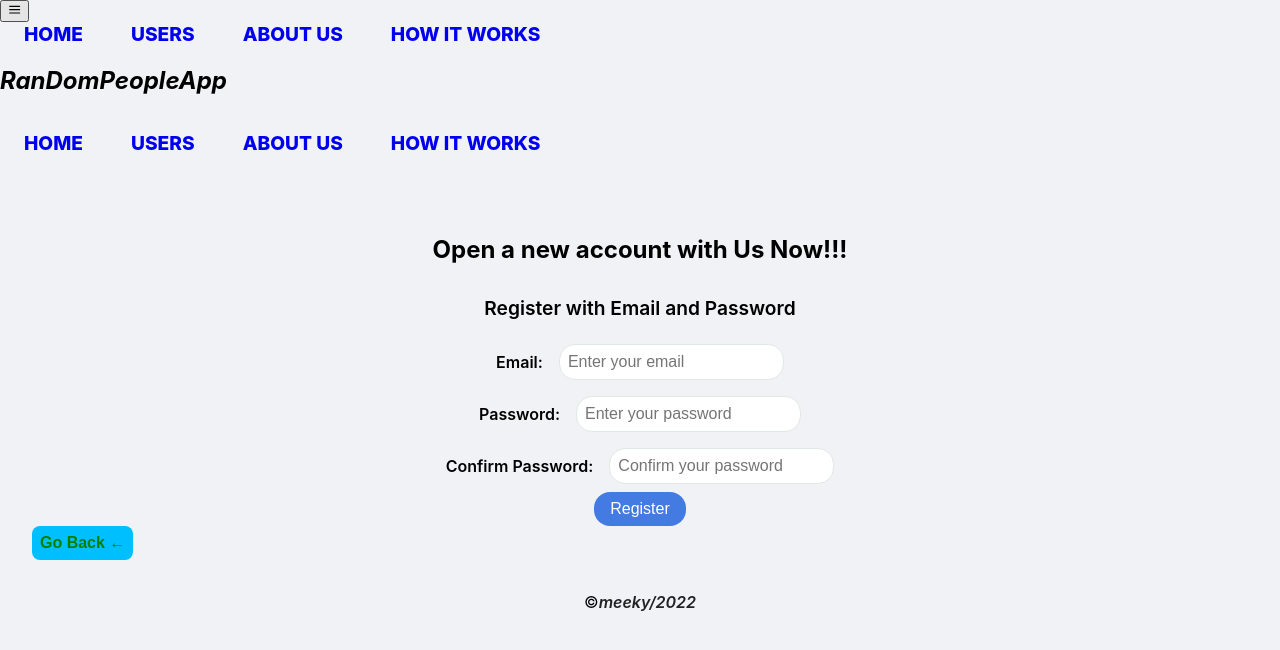
Repository: MikkyPrestige/RandomProfiles
Page: /register
The author's editor kept a copy of each file at every save. The page is drawn from the files as they stood at one save, then again after the next save.
The browser window is 1280 px wide. The pictures show the whole page.
The page's requests for data from a server got no answer. The project was rebuilt for these pictures with package versions that can differ from the ones it lists, and the page was loaded fresh each time. Some packages were replaced by stand-ins written for this rebuild. No one was signed in, and anything a server would have sent is missing. Also part of the build but not shown: src/assets/styles/home.css, src/components/home.jsx, src/assets/styles/users.css, src/components/users.jsx, src/assets/styles/search.css, src/components/search.jsx, src/assets/styles/help.css, src/components/help.jsx and 9 more.

Above is the page before, as saved 2022-12-06 02:04:30.

After the next save:
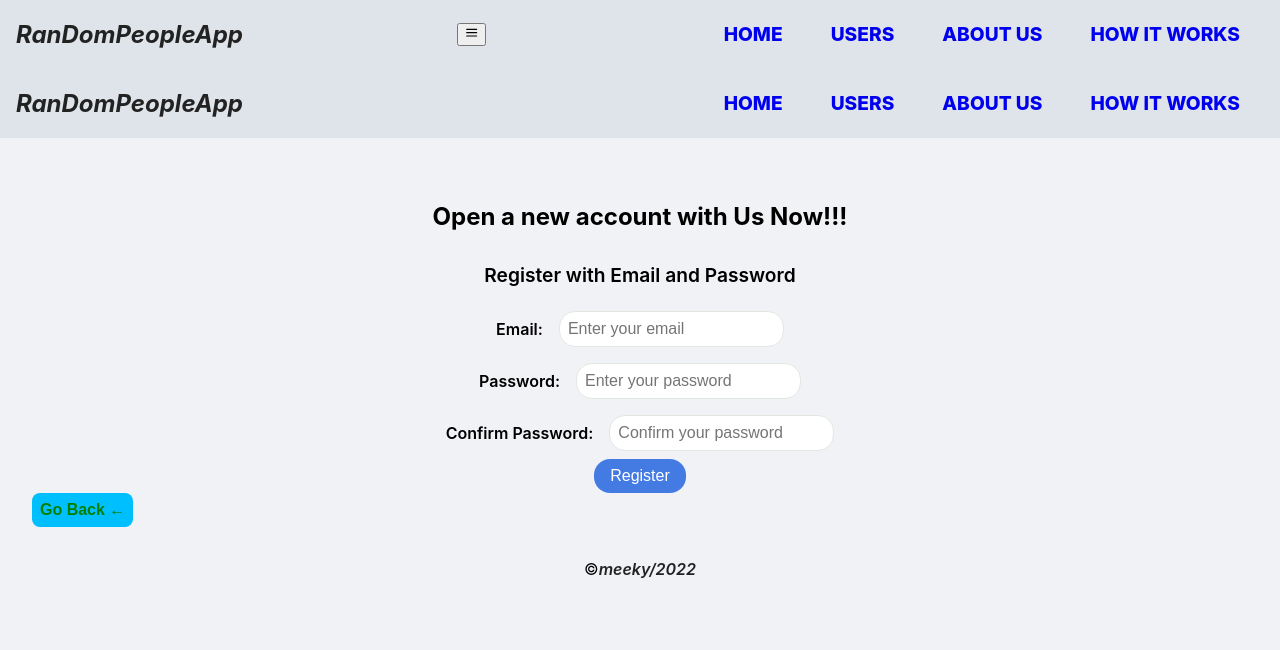
Saved 84 s later.
--- a/src/components/layout.jsx
+++ b/src/components/layout.jsx
@@ -45,7 +45,10 @@ const LayoutSmall = () => {
   };
 
   return (
-        <nav className="layout--items">
+        <nav className="layout">
+          <div className="app-header">
+        <h1>RanDomPeopleApp</h1>
+      </div>
           <button onClick={toggleNav} className="layout--btn">
             {nav ? (
               <MdClose className="layout--btn--icon" />
@@ -63,21 +66,21 @@ const LayoutSmall = () => {
               Home
             </CustomNavLink>
             <CustomNavLink
-              to="repos"
+              to="profile"
               className="nav__item"
               onClick={() => closeNav()}
             >
               Users
             </CustomNavLink>
             <CustomNavLink
-              to="test"
+              to="about"
               className="nav__item"
               onClick={() => closeNav()}
             >
               About Us
             </CustomNavLink>
             <CustomNavLink
-              to="about"
+              to="help"
               className="nav__item"
               onClick={() => closeNav()}
             >
@@ -90,7 +93,7 @@ const LayoutSmall = () => {
 
 const LayoutLarge = () => {
   return (
-        <nav className="layout--items--container">
+        <nav className="layout">
           <div className="app-header">
         <h1>RanDomPeopleApp</h1>
       </div>
